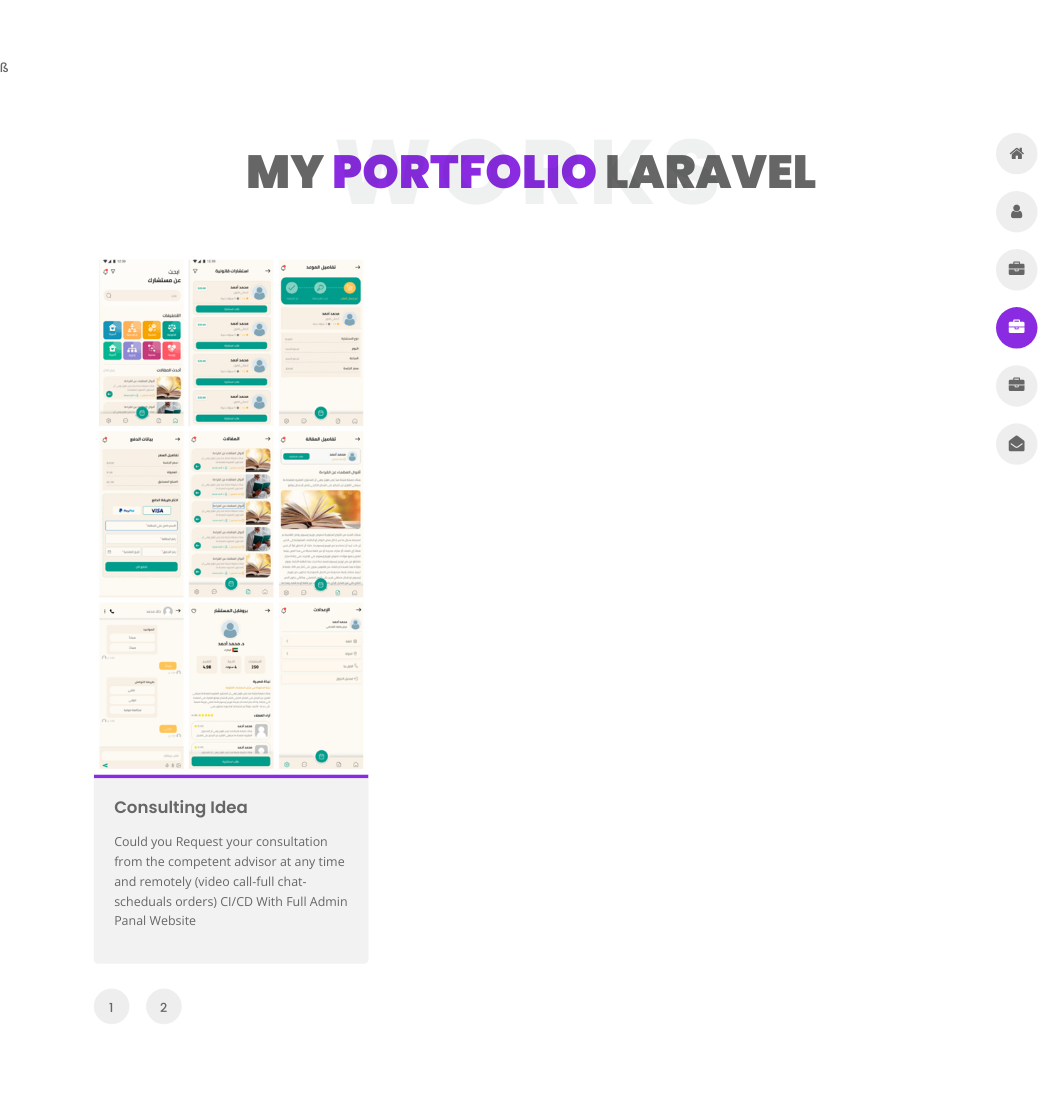
Repository: mhamdimno/mywebsite
Page: portfolioLaravel.html
An editor plug-in stored every save of this project. The page is shown before and after the next save, followed by the edit.
The browser window is 1280 px wide. The pictures show the whole page, at 83% of full size.

Above is the page before, as saved 2023-06-03 17:22:24.

### portfolioLaravel.html
<!DOCTYPE html>
<html lang="en">

<head>
    <meta charset="utf-8">
    <title>Portfolio - Personal Portfolio</title>
    <meta name="viewport" content="width=device-width, initial-scale=1">

    <!-- Template Google Fonts -->
    <link href="https://fonts.googleapis.com/css?family=Poppins:400,400i,500,500i,600,600i,700,700i,800,800i,900,900i" rel="stylesheet">
    <link href="https://fonts.googleapis.com/css?family=Open+Sans:300,400,400i,600,600i,700" rel="stylesheet">

    <!-- Template CSS Files -->
    <link href="css/bootstrap.min.css" rel="stylesheet">
    <link href="css/preloader.min.css" rel="stylesheet">
    <link href="css/circle.css" rel="stylesheet">
    <link href="css/font-awesome.min.css" rel="stylesheet">
    <link href="css/fm.revealator.jquery.min.css" rel="stylesheet">
    <link href="css/style.css" rel="stylesheet">



    <!-- Modernizr JS File -->
    <script src="js/modernizr.custom.js"></script>
</head>

<body class="portfolio light blog">

<!-- Header Starts -->
<header class="header" id="navbar-collapse-toggle">
    <!-- Fixed Navigation Starts -->
    <ul class="icon-menu d-none d-lg-block revealator-slideup revealator-once revealator-delay1">
        <li class="icon-box">
            <i class="fa fa-home"></i>
            <a href="index.html">
                <h2>Home</h2>
            </a>
        </li>
        <li class="icon-box">
            <i class="fa fa-user"></i>
            <a href="about.html">
                <h2>About</h2>
            </a>
        </li>
        <li class="icon-box">
            <i class="fa fa-briefcase"></i>
            <a href="portfolioIOS.html">
                <h2>IOS</h2>
            </a>
        </li>
        <li class="icon-box active">
            <i class="fa fa-briefcase"></i>
            <a href="portfolioFlutter.html">
                <h2>Flutter</h2>
            </a>
        </li>
        <li class="icon-box">
            <i class="fa fa-briefcase"></i>
            <a href="portfolioLaravel.html">
                <h2>Laravel</h2>
            </a>
        </li>

        <li clas
        <li class="icon-box">
            <i class="fa fa-envelope-open"></i>
            <a href="contact.html">
                <h2>Contact</h2>
            </a>
        </li>

    </ul>
    <!-- Fixed Navigation Ends -->
    <!-- Mobile Menu Starts -->
    <nav role="navigation" class="d-block d-lg-none">
        <div id="menuToggle">
            <input type="checkbox" />
            <span></span>
            <span></span>
            <span></span>
            <ul class="list-unstyled" id="menu">
                <li><a href="index.html"><i class="fa fa-home"></i><span>Home</span></a></li>
                <li><a href="about.html"><i class="fa fa-user"></i><span>About</span></a></li>
                <li><a href="portfolioIOS.html"><i class="fa fa-folder-open"></i><span>IOS</span></a></li>
                <li><a href="portfolioFlutter.html"><i class="fa fa-folder-open"></i><span>Flutter</span></a></li>
                <li><a href="portfolioLaravel.html"><i class="fa fa-folder-open"></i><span>Laravel</span></a></li>
                <li><a href="contact.html"><i class="fa fa-envelope-open"></i><span>Contact</span></a></li>
            </ul>
        </div>
    </nav>
    <!-- Mobile Menu Ends -->
</header>
<!-- Header Ends -->
<!-- Page Title Starts -->

<section class="main-content revealator-slideup revealator-once revealator-delay1">
    <div class="container">





</section>ß
<!-- Page Title Ends -->
<section class="title-section text-left text-sm-center revealator-slideup revealator-once revealator-delay1">
    <h1>my <span>portfolio</span> Laravel <span></span></h1>
    <span class="title-bg">works</span>
</section>
<!-- Page Title Ends -->

<!-- Main Content Starts -->
<section class="main-content revealator-slideup revealator-once revealator-delay1">
    <div class="container">
        <!-- Articles Starts -->
        <div class="row">
  <!-- Article Starts -->

  <div class="col-12 col-md-6 col-lg-6 col-xl-4 mb-30">
    <article class="post-container">
        <div class="post-thumb">
            <a href="projects/consulting_idea/index.html" class="d-block position-relative overflow-hidden">
                <img src="img/projects/consulting_idea.jpg" class="img-fluid" alt="consulting_idea">
            </a>
        </div>
        <div class="post-content">
            <div class="entry-header">
                <h3><a href="projects/consulting_idea/index.html">Consulting Idea</a></h3>
            </div>
            <div class="entry-content open-sans-font">
                <p>Could you
                    Request your consultation
                    from the competent advisor
                    at any time and remotely
                    (video call-full chat-scheduals orders) CI/CD With Full Admin Panal Website</p>
            </p>
            </div>
        </div>
    </article>
</div>



    </div>
    <nav aria-label="Page navigation example">
        <ul class="pagination">
          <li class="page-item"><a class="page-link" href="#">1</a></li>
          <li class="page-item"><a class="page-link" href="#">2</a></li>

        </ul>
      </nav>

</section>
<!-- Main Content Ends -->

<!-- Template JS Files -->
<script src="js/jquery-3.5.0.min.js"></script>
<script src="js/styleswitcher.js"></script>
<script src="js/preloader.min.js"></script>
<script src="js/fm.revealator.jquery.min.js"></script>
<script src="js/imagesloaded.pkgd.min.js"></script>
<script src="js/masonry.pkgd.min.js"></script>
<script src="js/classie.js"></script>
<script src="js/cbpGridGallery.js"></script>
<script src="js/jquery.hoverdir.js"></script>
<script src="js/popper.min.js"></script>
<script src="js/bootstrap.js"></script>
<script src="js/custom.js"></script>

</body>

</html>

Loaded but not shown: css/bootstrap.min.css (library); css/preloader.min.css (common file); css/font-awesome.min.css (library); css/fm.revealator.jquery.min.css (common file); js/modernizr.custom.js (library); js/jquery-3.5.0.min.js (library); js/preloader.min.js (common file); js/fm.revealator.jquery.min.js (common file); js/imagesloaded.pkgd.min.js (library); js/masonry.pkgd.min.js (library); js/jquery.hoverdir.js (library); js/popper.min.js (library); js/bootstrap.js (library); js/cbpGridGallery.js (364 lines, source omitted); js/styleswitcher.js (218 lines, source omitted); js/custom.js (142 lines, source omitted); js/classie.js (68 lines, source omitted); css/style.css (1791 lines, source omitted); css/circle.css (1054 lines, source omitted)

After the next save:
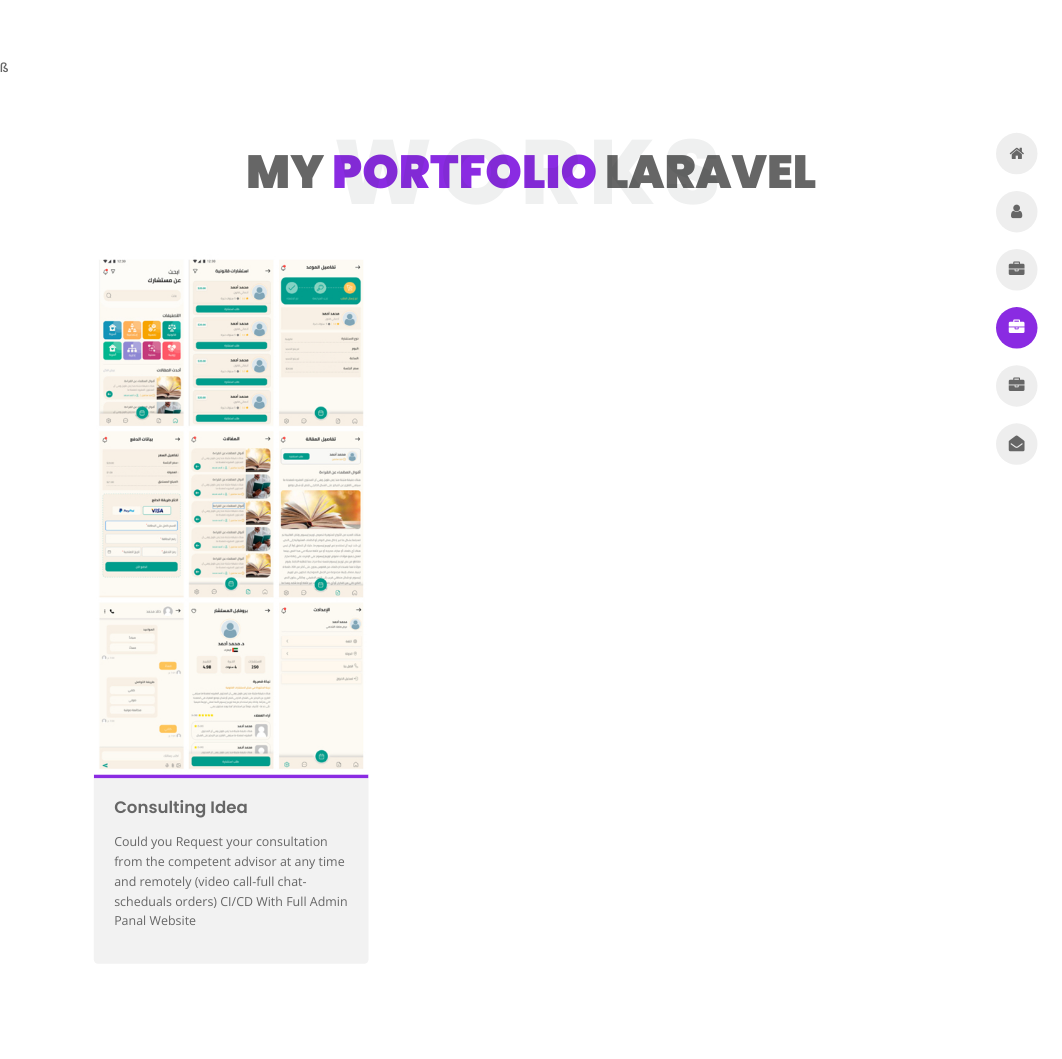
Saved 8 s later.
--- a/portfolioLaravel.html
+++ b/portfolioLaravel.html
@@ -141,13 +141,7 @@
 
 
     </div>
-    <nav aria-label="Page navigation example">
-        <ul class="pagination">
-          <li class="page-item"><a class="page-link" href="#">1</a></li>
-          <li class="page-item"><a class="page-link" href="#">2</a></li>
 
-        </ul>
-      </nav>
 
 </section>
 <!-- Main Content Ends -->
